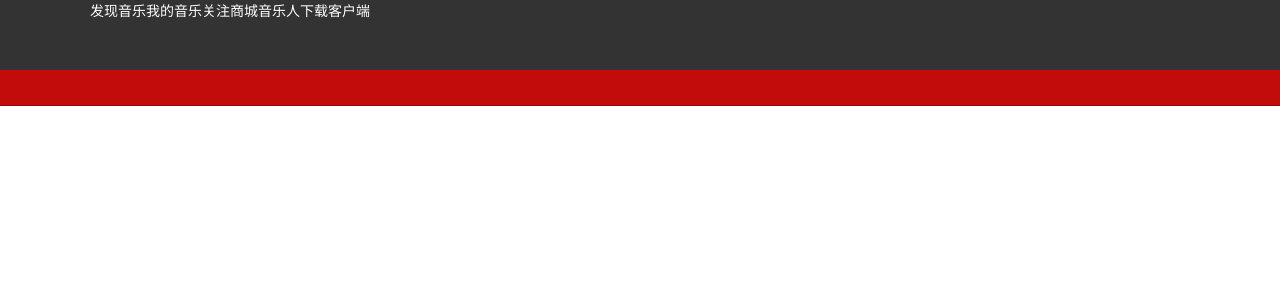
Repository: xtcgjk/-
Page: /
An editor plug-in stored every save of this project. The page is shown before and after the next save, followed by the edit.
The browser window is 1280 px wide. The pictures show the whole page.
The project was rebuilt for these pictures with package versions that can differ from the ones it lists, and the page was loaded fresh each time.

Above is the page before, as saved 2022-02-23 15:46:44.

### index.html
<!DOCTYPE html>
<html>
  <head>
    <meta charset="utf-8" />
    <meta name="viewport" content="width=device-width,initial-scale=1.0" />
    <title>vue-music</title>
  </head>
  <body>
    <div id="app"></div>
    <!-- built files will be auto injected -->
  </body>
</html>
<style>
  body {
    margin: 0;
    padding: 0;
  }
</style>

### src/main.js
// The Vue build version to load with the `import` command
// (runtime-only or standalone) has been set in webpack.base.conf with an alias.
import Vue from "vue";
import App from "./App";
import router from "./routers";
import http from "./axios/index";
import ElementUI from "element-ui";
import "element-ui/lib/theme-chalk/index.css";

Vue.use(ElementUI);
Vue.prototype.$http = http;

/* eslint-disable no-new */
new Vue({
  el: "#app",
  router,
  components: { App },
  template: "<App/>"
});

### src/App.vue
<template>
  <div id="app">
    <router-view></router-view>
  </div>
</template>

<script>
export default {
  name: "App",
  components: {},
};
</script>

<style>
/* #app {
  font-family: "Avenir", Helvetica, Arial, sans-serif;
  -webkit-font-smoothing: antialiased;
  -moz-osx-font-smoothing: grayscale;
  text-align: center;
  color: #2c3e50;
  margin-top: 60px;
} */
</style>

### src/routers/index.js
import Vue from "vue";
import VueRouter from "vue-router";
Vue.use(VueRouter);
const router = new VueRouter({
  mode: "history",
  routes: [
    {
      path: "/",
      redirect: "/music"
    },
    {
      path: "/music",
      component: () => import("@/views/music")
    }
  ]
});

export default router;

### src/axios/index.js
function http(userOptions) {
  console.log("成功了");
}

### src/views/music/index.vue
<template>
  <div id="container">
    <div></div>
    <Header />
    <Header2 />
  </div>
</template>

<script>
import Header from "../../components/header";
import Header2 from "../../components/header2";
export default {
  components: {
    Header,
    Header2,
  },
};
</script>
<style scoped>
</style>

### src/components/header/index.vue
<template>
  <div id="wrapper">
    <div id="header">
      <router-link to="">发现音乐</router-link>
      <router-link to="">我的音乐</router-link>
      <router-link to="">关注</router-link>
      <router-link to="">商城</router-link>
      <router-link to="">音乐人</router-link>
      <router-link to="">下载客户端</router-link>
    </div>
  </div>
</template>

<script>
export default {
  name: "Header",
  data() {
    return {};
  },
};
</script>
<style scoped>
#wrapper {
  background-color: #333;
}
#header {
  width: 1100px;
  height: 70px;
  background-color: #333;
  margin: auto;
}
a {
  text-decoration: none;
  color: white;
  font-style: normal;
  font-size: 14px;
}
</style>

### src/components/header2/index.vue
<template>
  <div id="header2"></div>
</template>
<script>
export default {
  name: "Header2",
  data() {
    return {};
  },
};
</script>
<style scoped>
#header2 {
  height: 35px;
  background-color: #c20c0c;
  border-bottom: 1px solid #a40011;
}
</style>

After the next save:
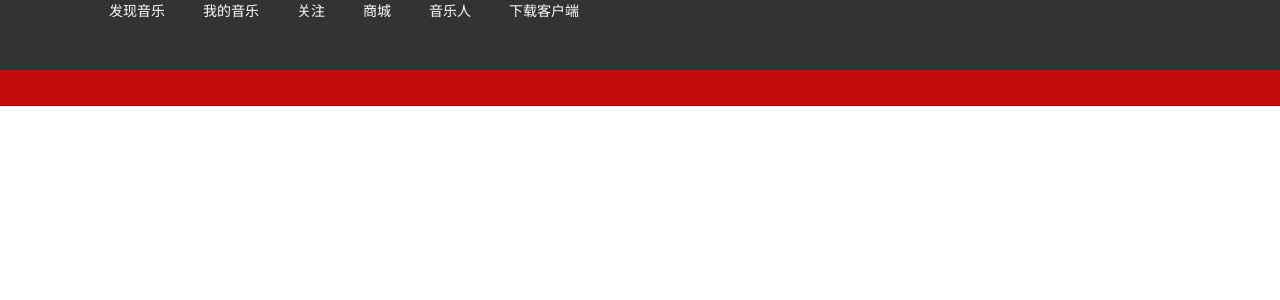
Saved 46 s later.
--- a/src/components/header/index.vue
+++ b/src/components/header/index.vue
@@ -34,5 +34,8 @@
   color: white;
   font-style: normal;
   font-size: 14px;
+  padding: 0 19px;
+  display: inline-block;
+  height: 70px;
 }
 </style>

After the save that followed:
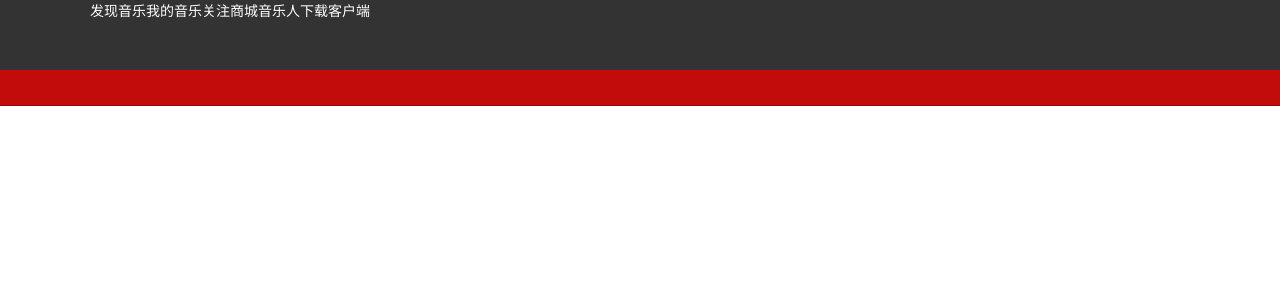
Saved 2 min 15 s later.
--- a/src/components/header/index.vue
+++ b/src/components/header/index.vue
@@ -34,8 +34,5 @@
   color: white;
   font-style: normal;
   font-size: 14px;
-  padding: 0 19px;
-  display: inline-block;
-  height: 70px;
 }
 </style>
